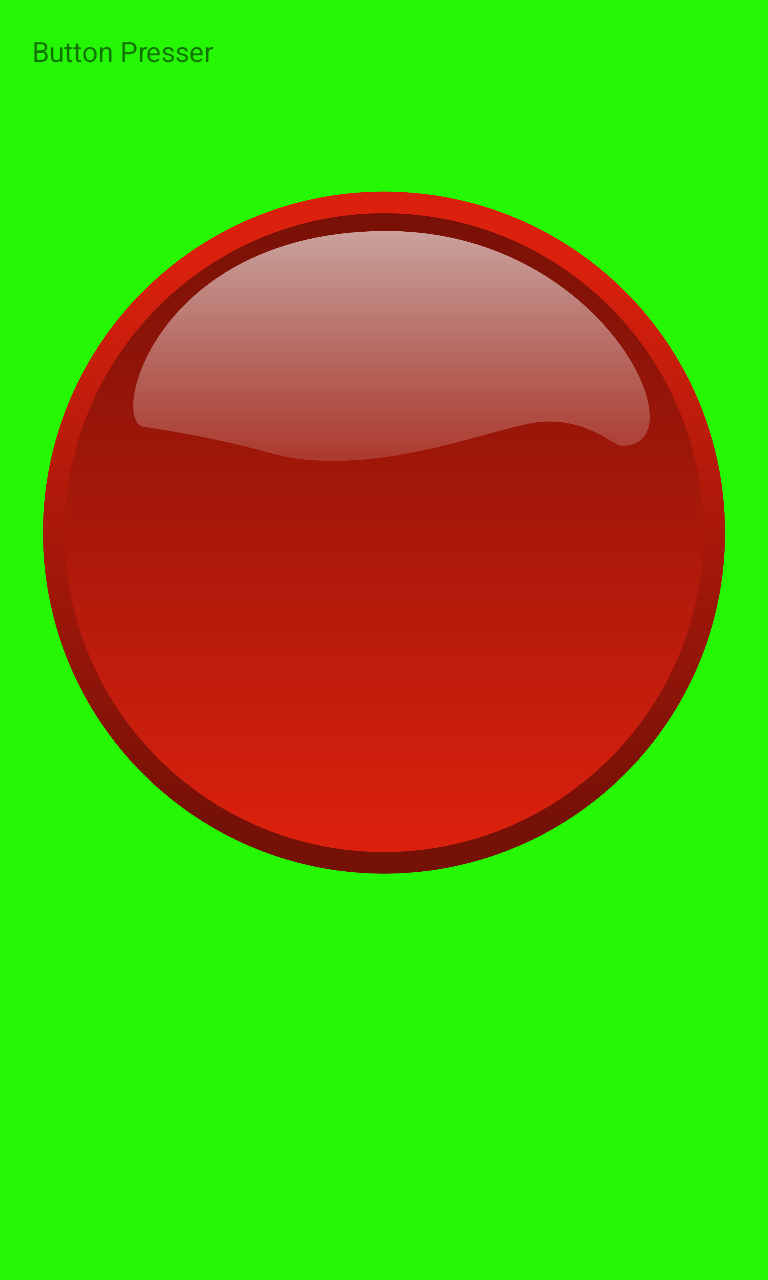
Repository: sameerisa/idtech-yale-android
Layout: ButtonPresser/res/layout/fragment_main.xml
An editor plug-in stored every save of this project. The layout is shown before and after the next save, followed by the edit.
It is drawn on a 768 x 1280 px phone screen (xhdpi) without system bars, with theme AppTheme; the app's code is not run.

Above is the layout before, as saved 2014-06-25 15:41:02.

### ButtonPresser/res/layout/fragment_main.xml
<RelativeLayout xmlns:android="http://schemas.android.com/apk/res/android"
    xmlns:tools="http://schemas.android.com/tools"
    android:layout_width="match_parent"
    android:layout_height="match_parent"
    android:paddingBottom="@dimen/activity_vertical_margin"
    android:paddingLeft="@dimen/activity_horizontal_margin"
    android:paddingRight="@dimen/activity_horizontal_margin"
    android:paddingTop="@dimen/activity_vertical_margin"
    tools:context="com.example.buttonpresser.MainActivity$PlaceholderFragment"
    android:background="#25f704">

    <TextView
        android:layout_width="wrap_content"
        android:layout_height="wrap_content"
        android:text="Button Presser" />
<ImageView
   android:id="@+id/button"
   android:layout_width="500dp"
   android:layout_height="500dp"
   android:src="@drawable/button" />

   </RelativeLayout>

Loaded but not shown: ButtonPresser/res/values/styles.xml (common file); ButtonPresser/res/values-v11/styles.xml (common file); ButtonPresser/res/values-v14/styles.xml (common file); ButtonPresser/res/values/dimens.xml (common file); ButtonPresser/res/values-w820dp/dimens.xml (common file)

After the next save:
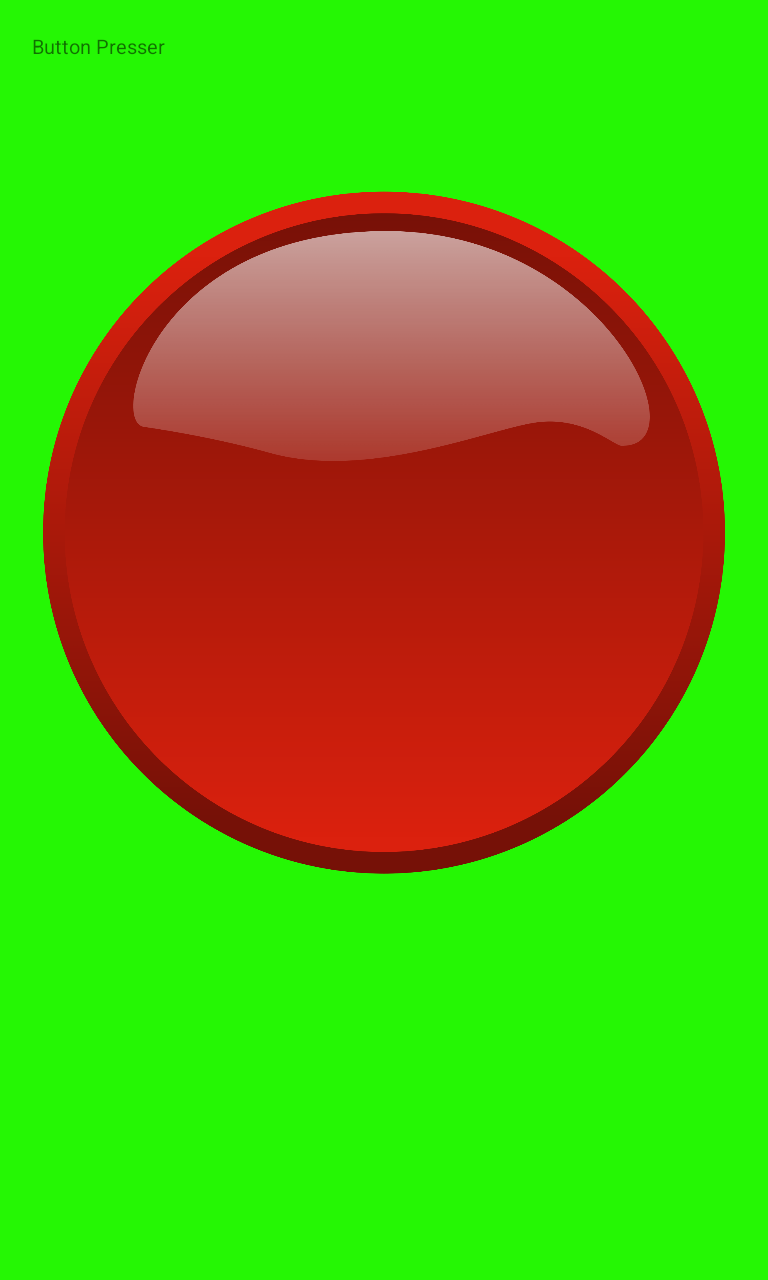
Saved 80 s later.
--- a/ButtonPresser/res/layout/fragment_main.xml
+++ b/ButtonPresser/res/layout/fragment_main.xml
@@ -12,7 +12,8 @@
     <TextView
         android:layout_width="wrap_content"
         android:layout_height="wrap_content"
-        android:text="Button Presser" />
+        android:text="Button Presser"
+        android:textSize="10sp" />
 <ImageView
    android:id="@+id/button"
    android:layout_width="500dp"
